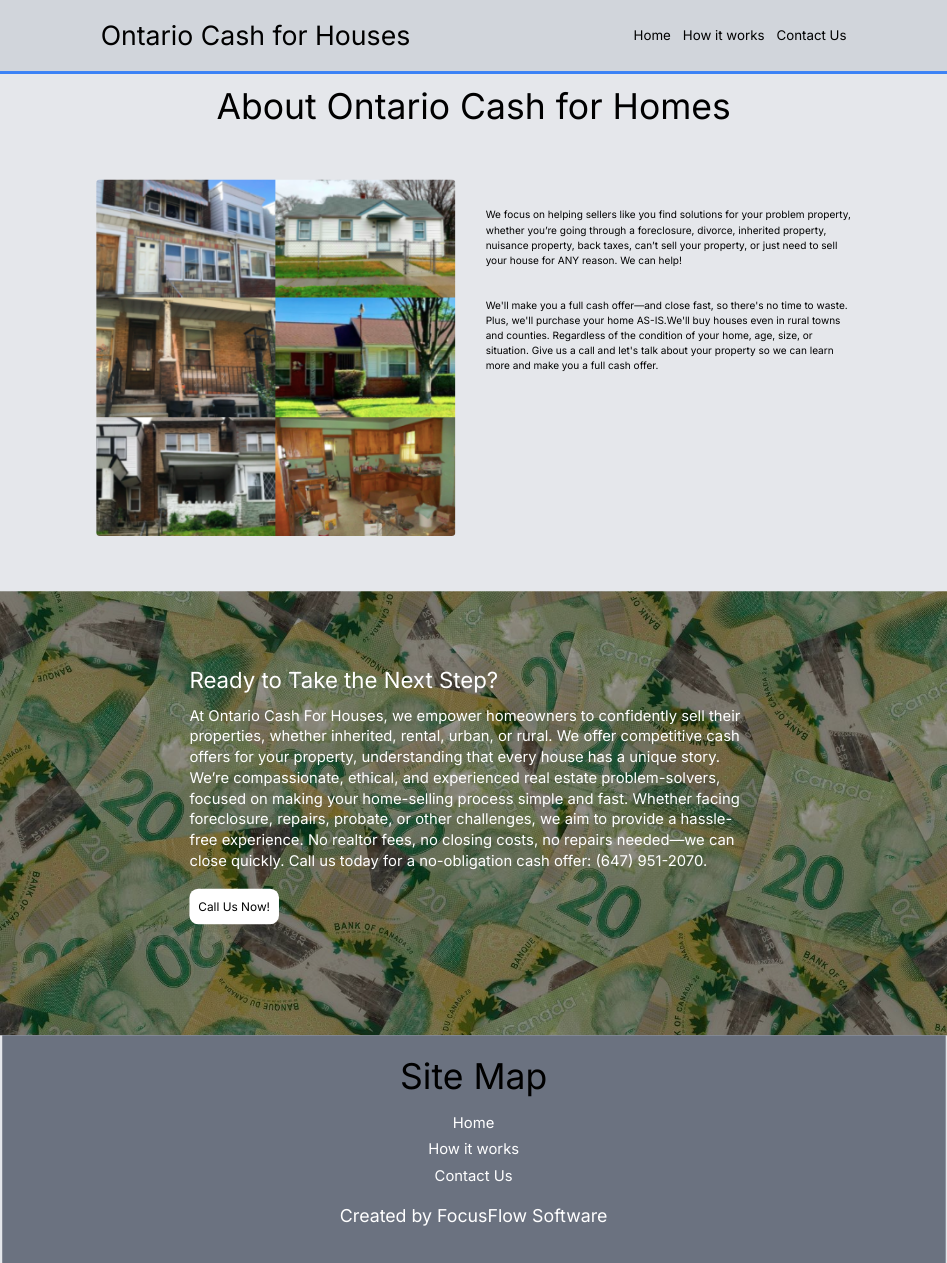
Repository: TMuse333/cash-for-homes
Page: /about (app in frontend/)
An editor plug-in stored every save of this project. The page is shown before and after the next save, followed by the edit.
The browser window is 1280 px wide. The pictures show the whole page, at 74% of full size.
The project was rebuilt for these pictures with package versions that can differ from the ones it lists, and the page was loaded fresh each time. The framework's server and built-in components were replaced by stand-ins that run in the browser. Also part of the build but not shown: frontend/next.config.mjs.

Above is the page before, as saved 2024-11-28 19:54:01.

After the next save:
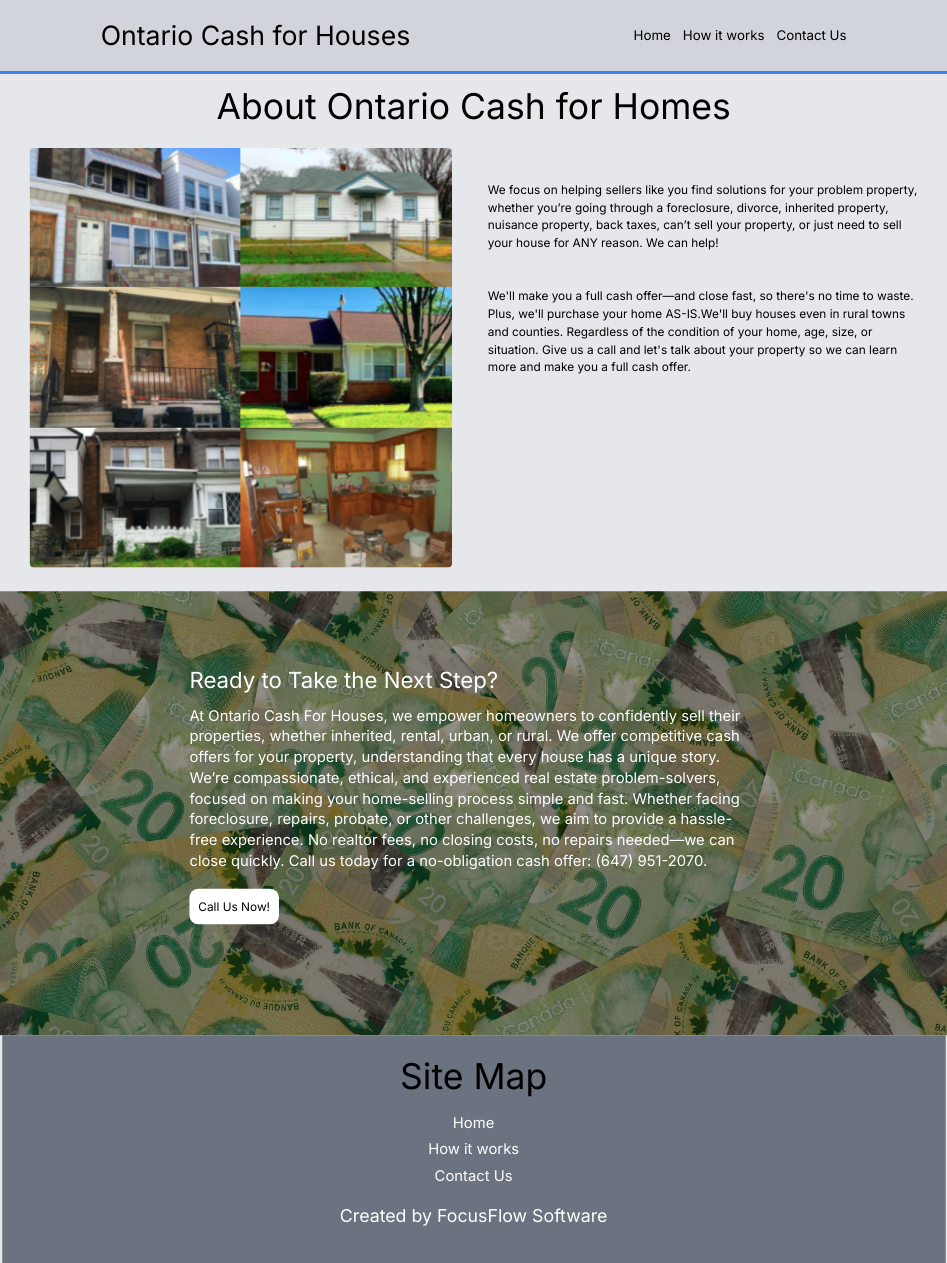
Saved 50 s later.
--- a/frontend/src/components/content.tsx
+++ b/frontend/src/components/content.tsx
@@ -132,13 +132,13 @@ const MotionImage = motion(Image)
        md:w-[100vw] md:max-w-[1200px] sm:max-w-[668px] z-1
 
         ${reverse ? 'md:flex-row-reverse' : 'md:flex-row'}`}
-        style={{
-          scale: useTransform(
-            useScroll().scrollYProgress,
-            [0, 1],
-            [1, 0.85]
-          )
-        }}
+        // style={{
+        //   scale: useTransform(
+        //     useScroll().scrollYProgress,
+        //     [0, 1],
+        //     [1, 0.85]
+        //   )
+        // }}
     >
 
 
